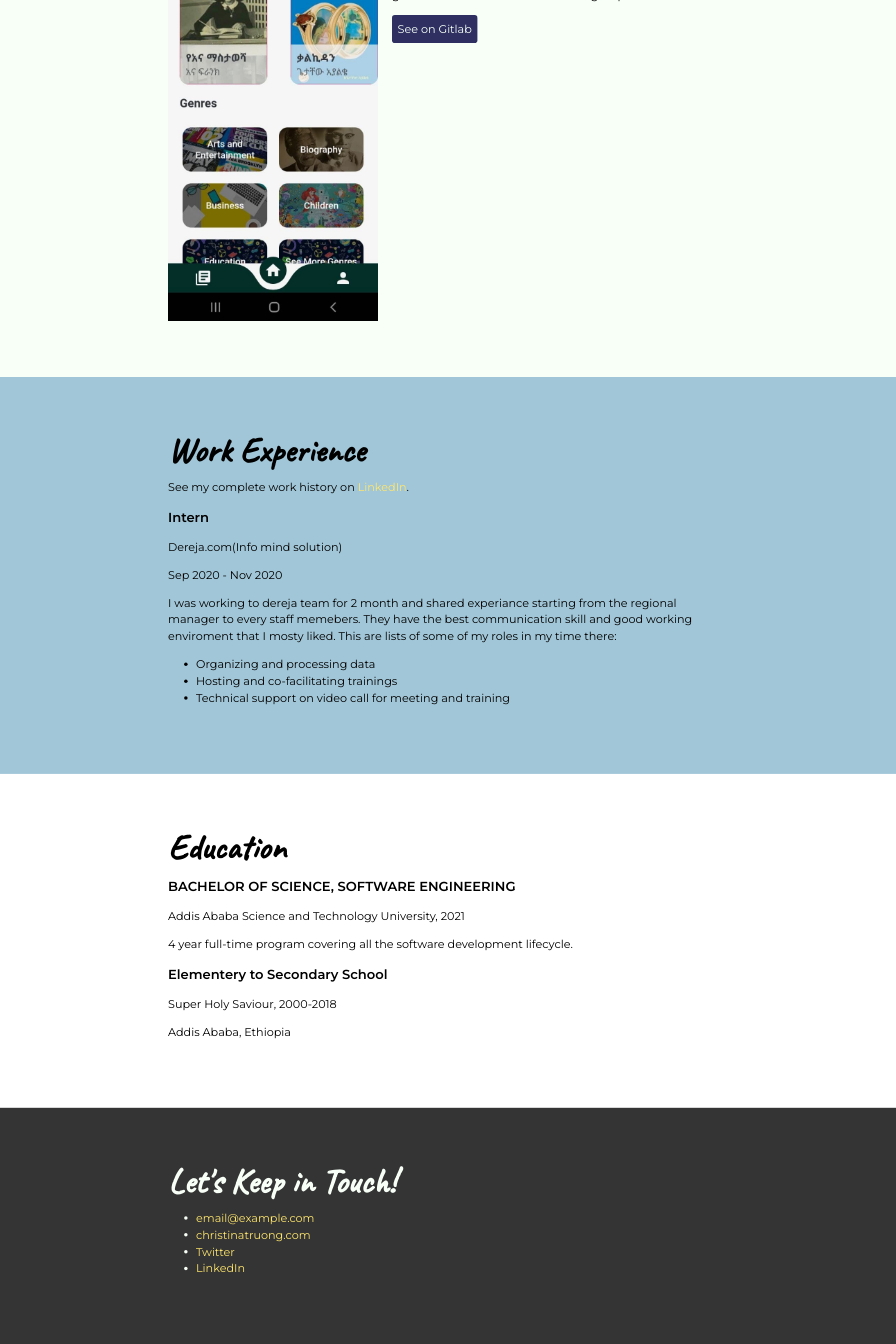
Repository: Aklilegetachew/my-Portfolio
Page: index.html
An editor plug-in stored every save of this project. The page is shown before and after the next save, followed by the edit.
The browser window is 1280 px wide. The pictures show the part of the page from y = 872 to 2792 px (the page is 2792 px tall before and 2768 px after), at 70% of full size.

Above is the page before, as saved 2021-11-23 17:34:32.

After the next save:
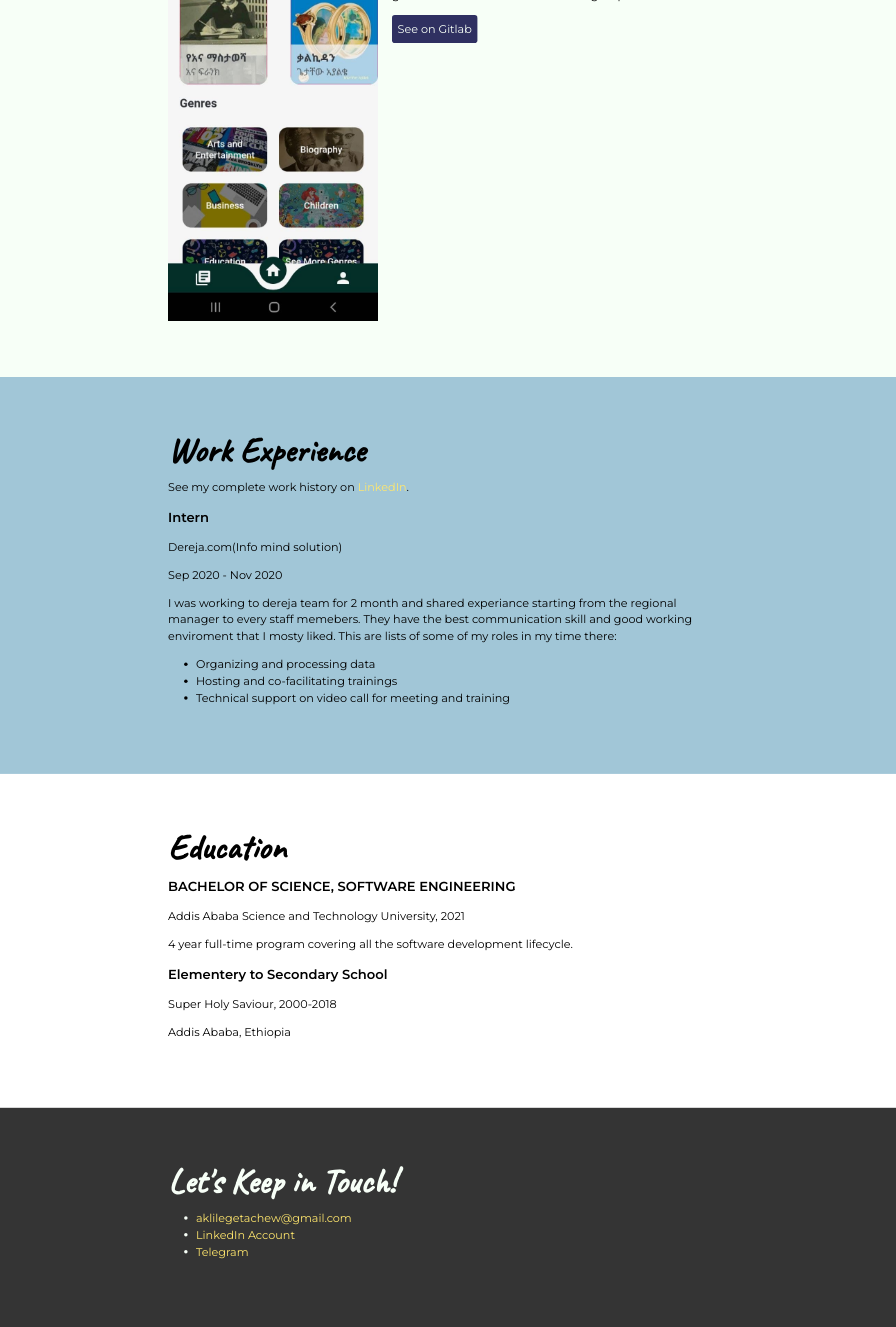
Saved 10 min 42 s later.
--- a/index.html
+++ b/index.html
@@ -108,10 +108,9 @@
 
           <!-- Social media and contact links. Add or remove any networks. -->
           <ul class="contact-list">
-            <li><a href="mailto:email@example.com">email@example.com</a></li>
-            <li><a href="http://christinatruong.com" target="_blank">christinatruong.com</a></li>
-            <li><a href="http://twitter.com/christinatruong" target="_blank">Twitter</a></li>
-            <li><a href="#" target="_blank">LinkedIn</a></li>
+            <li><a href="aklilegetachew@gmail.com">aklilegetachew@gmail.com</a></li>
+            <li><a href="https://www.linkedin.com/in/aklile-getachew-673050181/" target="_blank">LinkedIn Account</a></li>
+            <li><a href="https://t.me/AKG47" target="_blank">Telegram</a></li>
           </ul>
         </div>
       </footer>
